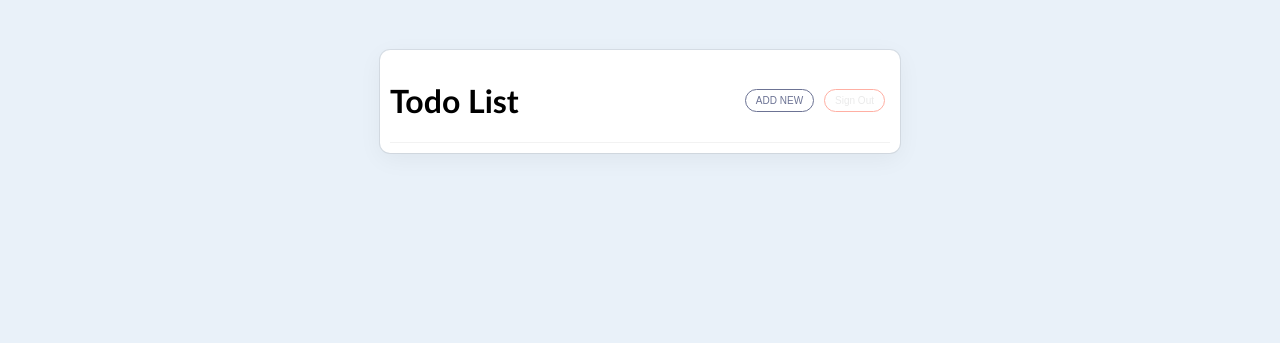
Repository: mosesvk/_todo
Page: / (app in client/)
An editor plug-in stored every save of this project. The page is shown before and after the next save, followed by the edit.
The browser window is 1280 px wide. The pictures show the whole page.
The page's requests for data from a server got no answer. The project was rebuilt for these pictures with package versions that can differ from the ones it lists, and the page was loaded fresh each time. No one was signed in, and anything a server would have sent is missing. Also part of the build but not shown: client/vite.config.js, client/src/components/Modal.jsx, client/src/components/ProgressBar.jsx, client/src/components/ListItem.jsx. Imported but missing from the stored project, and not drawn on this page: client/src/components/TickIcon.

Above is the page before, as saved 2023-05-06 17:33:18.

After the next save:
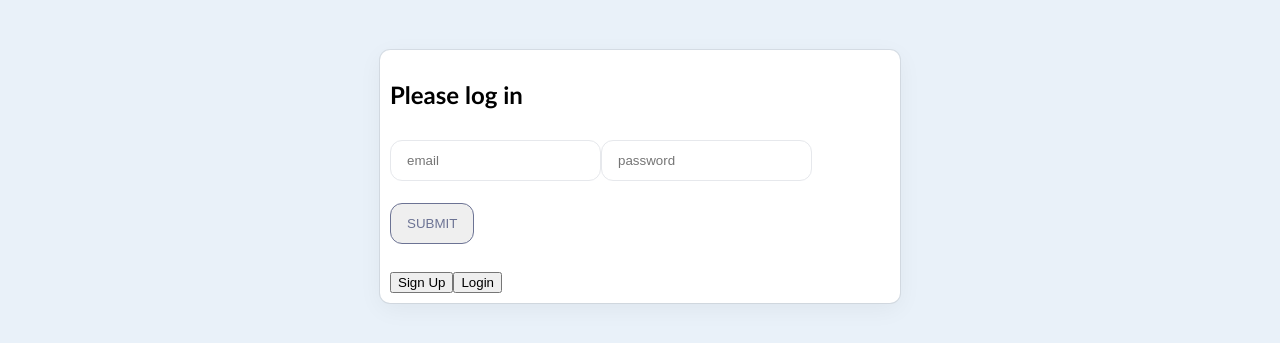
Saved 26 s later.
--- a/client/src/App.jsx
+++ b/client/src/App.jsx
@@ -7,7 +7,7 @@ const App = () => {
   const userEmail = 'momoney@test.com';
   const [tasks, setTasks] = useState(null);
 
-  const authToken = true
+  const authToken = false
 
   const getData = async () => {
     try {
